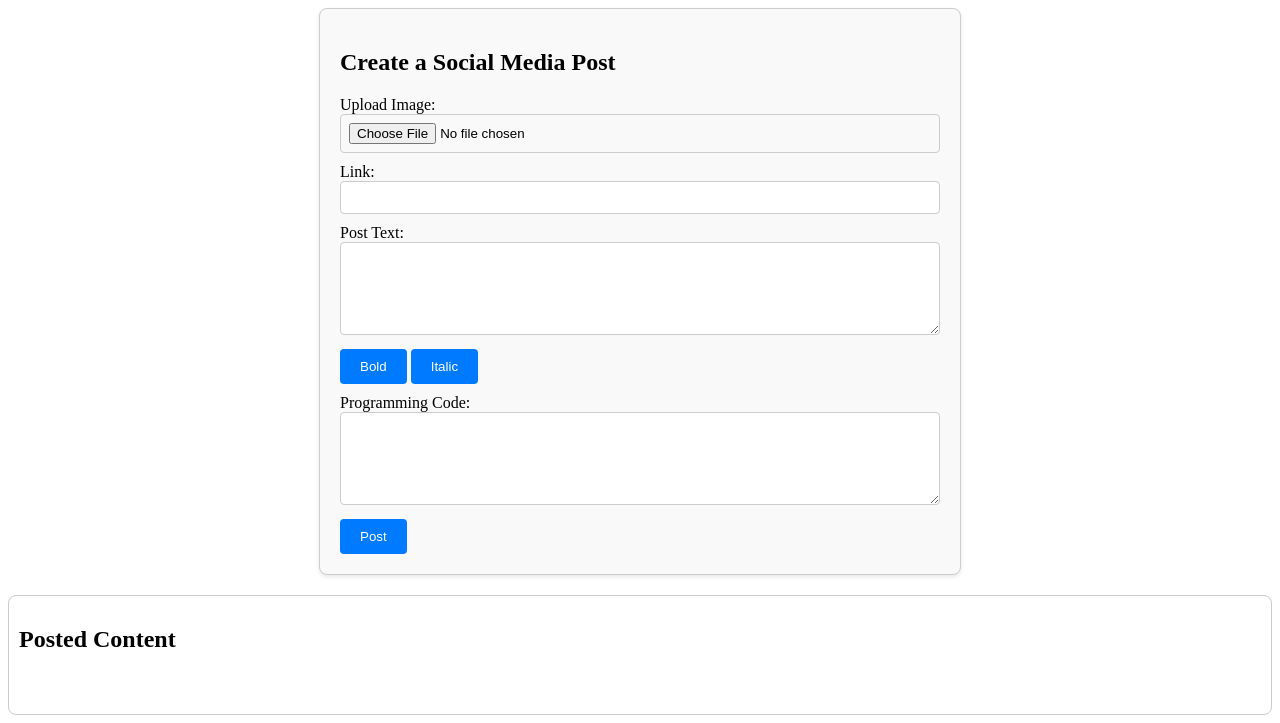
Repository: jaseem1999/sdCommunity
Page: http://localhost/sdCommunity/UserPost.jsp
These files come from the project's save history. The page is drawn as it stood at one moment and after the next save; the edit follows.
The browser window is 1280 px wide. The pictures show the whole page.
The page is served by Tomcat 9.

Above is the page before, as saved 2023-09-29 14:39:20.

After the next save:
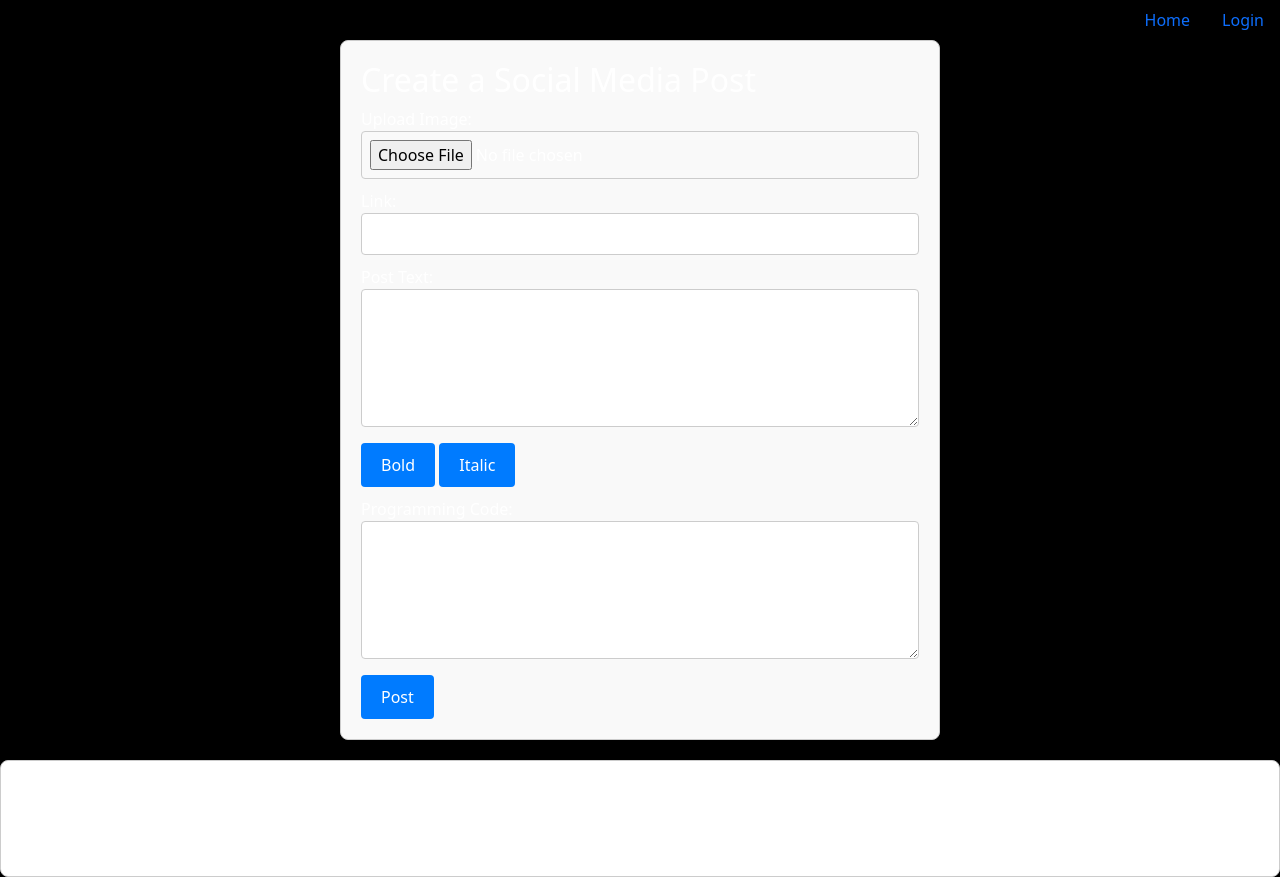
Saved 5 min 11 s later.
--- a/sdCommunity/src/main/webapp/UserPost.jsp
+++ b/sdCommunity/src/main/webapp/UserPost.jsp
@@ -1,11 +1,45 @@
 <%@ page language="java" contentType="text/html; charset=ISO-8859-1"
     pageEncoding="ISO-8859-1"%>
+<%
+
+Integer id =(Integer)session.getAttribute("uid");
+String fname=(String)session.getAttribute("fname");
+String lname=(String)session.getAttribute("lname");
+String email=(String)session.getAttribute("email");
+Integer num=(Integer)session.getAttribute("num");
+String company = (String) session.getAttribute("company");
+String github = (String) session.getAttribute("github");
+String linkedin = (String) session.getAttribute("linkedin");
+String website = (String) session.getAttribute("website");
+String nation = (String) session.getAttribute("nation");
+String gender = (String) session.getAttribute("gender");
+String about = (String) session.getAttribute("about");
+String college = (String) session.getAttribute("college");
+String position = (String) session.getAttribute("position");
+
+%>
+
 <!DOCTYPE html>
 <html lang="en">
 <head>
 <meta charset="UTF-8">
-<title>Insert title here</title>
+<link href="https://cdn.jsdelivr.net/npm/bootstrap@5.2.3/dist/css/bootstrap.min.css" rel="stylesheet" integrity="sha384-rbsA2VBKQhggwzxH7pPCaAqO46MgnOM80zW1RWuH61DGLwZJEdK2Kadq2F9CUG65" crossorigin="anonymous">
+<script src="https://cdn.jsdelivr.net/npm/bootstrap@5.2.3/dist/js/bootstrap.bundle.min.js" integrity="sha384-kenU1KFdBIe4zVF0s0G1M5b4hcpxyD9F7jL+jjXkk+Q2h455rYXK/7HAuoJl+0I4" crossorigin="anonymous"></script>
+<title>Post</title>
 <style>
+	.fistPartOfProfileMain{
+			background: white;
+		border: 3px solid white;
+	}
+	.fistPartOfProfile{
+		background-image: url("./signupcss/img/social-network.png");
+	    background-repeat: no-repeat;
+	    background-position: center;
+	    background-size: cover;
+	    height: 250px;
+	}
+
+
     .post-form {
         max-width: 600px;
         margin: auto;
@@ -46,7 +80,112 @@
     }
 </style>
 </head>
-<body>
+<body style="background-color: black; color: white;">
+<div class="modal fade" id="exampleModal" tabindex="-1" aria-labelledby="exampleModalLabel" aria-hidden="true">
+		  <div class="modal-dialog" style="color: black;">
+		    <div class="modal-content">
+		      <div class="modal-header">
+		        <h1 class="modal-title fs-5" id="exampleModalLabel">Modal title</h1>
+		        <button type="button" class="btn-close" data-bs-dismiss="modal" aria-label="Close"></button>
+		      </div>
+		      <form action="settingsAccess" method="post">
+		      <div class="modal-body">
+		        <div class="mb-3">
+    				<label for="exampleInputPassword1" class="form-label">Password</label>
+    				<input type="password" class="form-control" id="exampleInputPassword1" name="exampleInputPassword1">
+  				</div>
+		      </div>
+		      <div class="modal-footer">
+		        <button type="button" class="btn btn-secondary" data-bs-dismiss="modal">Close</button>
+		         <input type="submit" class="btn btn-primary" value="OK">
+		      </div>
+		      </form>
+		    </div>
+		  </div>
+		</div>
+
+	<ul class="nav justify-content-end ">
+		<li class="nav-item">
+		    	<a class='nav-link' href='UserHome.jsp'>Home</a>
+		  </li>
+		  <li class="nav-item">
+		    <%
+		  	if (email != null){
+		  		out.print("<a class='nav-link' href=''>Post</a>");
+		  	}else{
+		  		out.print("");
+		  	}
+		  %>
+		  </li>
+		  <li class="nav-item">
+		    <%
+		  	if (email != null){
+		  		out.print("<a class='nav-link' href=''>Followers</a>");
+		  	}else{
+		  		out.print("");
+		  	}
+		  %>
+		  </li>
+		  <li class="nav-item">
+		    <%
+		  	if (email != null){
+		  		out.print("<a class='nav-link' href=''>Chat</a>");
+		  	}else{
+		  		out.print("");
+		  	}
+		  %>
+		  </li>
+
+		  <li class="nav-item">
+		   <%
+		  	if (email != null){
+		  		out.print("<a class='nav-link' data-bs-toggle='modal' data-bs-target='#exampleModal'>Settings</a>");
+		  	}else{
+		  		out.print("");
+		  	}
+		  %>
+		  </li>
+		  <li class="nav-item">
+		  <%
+		  	if (email != null){
+		  		if (company != null){
+		  			out.print("<a class='nav-link' href='viewProfile.jsp'>Profile</a>");
+		  		}
+		  		else{
+		  			out.print("<a class='nav-link' href='profile.jsp'>Profile</a>");
+		  		}
+
+		  	}else{
+		  		out.print("<a class='nav-link' href='Login.jsp'>Login</a>");
+		  	}
+		  %>
+		  </li>
+
+		  <li class="nav-item">
+		    <%
+		  	if (email != null){
+		  		out.print("<a class='nav-link' href='logout.jsp'>Logout</a>");
+		  	}else{
+		  		out.print("");
+		  	}
+		  %>
+		  </li>
+		  <li class="nav-item">
+		  <%
+		  	if (email != null){
+		  		if (company != null){
+		  			out.print("<a class='nav-link' href='viewProfile.jsp'><img alt='' src='image?id="+id+"' style=' width: 35px; border-radius: 50%; height: 35px;border: 1px solid white;'/></a>");
+		  		}
+		  		else{
+		  			out.print("<a class='nav-link' href='viewProfile.jsp'><img alt='' src='./homecss/img/User-Profile.png'style=' width: 35px; border-radius: 50%; height: 35px;border: 1px solid white;'/></a>");
+		  		}
+		  	}else{
+		  		out.print("");
+		  	}
+		  %>
+		  </li>
+	</ul>
+
     <div class="post-form">
         <h2>Create a Social Media Post</h2>
         <form>
